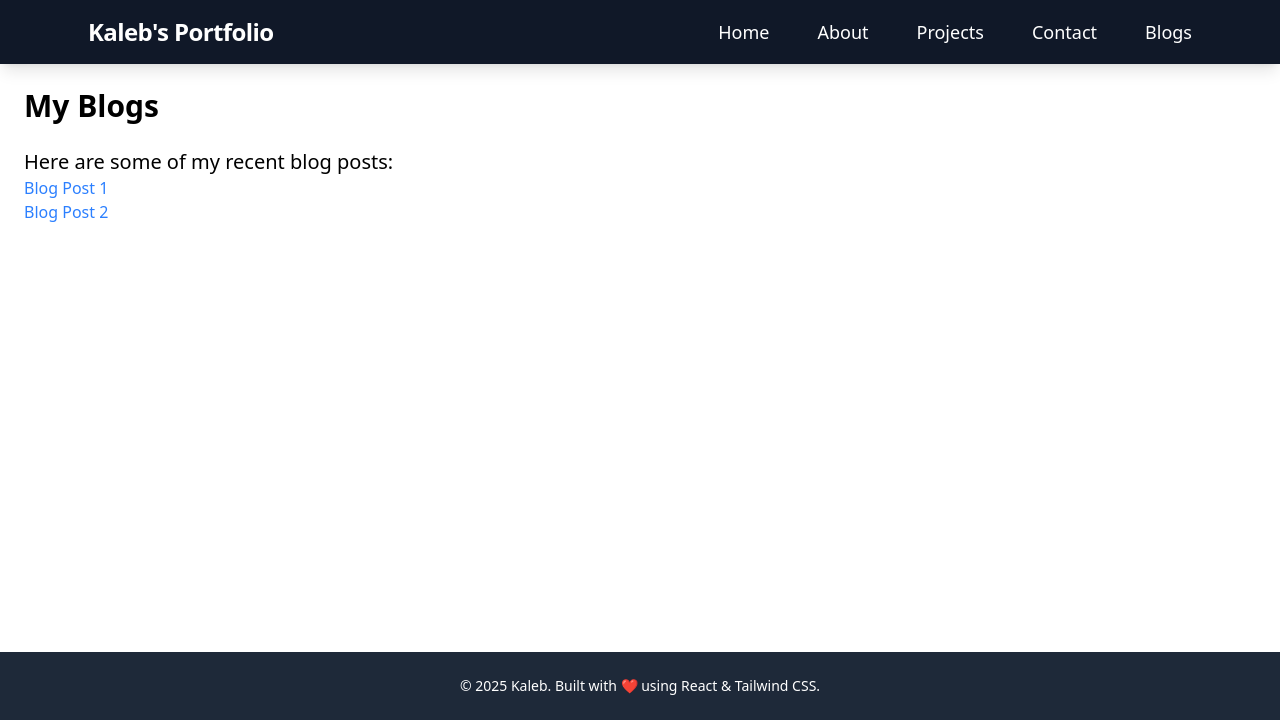
Repository: KalebMalone/portfolio-site
Page: /blogs
These files come from the project's save history. The page is drawn as it stood at one moment and after the next save; the edit follows.
The browser window is 1280 px wide. The pictures show the whole page.
The project was rebuilt for these pictures with package versions that can differ from the ones it lists, and the page was loaded fresh each time. Also part of the build but not shown: vite.config.js, src/pages/Home.jsx, src/pages/About.jsx, src/pages/Projects.jsx, src/pages/Contact.jsx.

Above is the page before, as saved 2025-04-23 17:23:10.

After the next save:
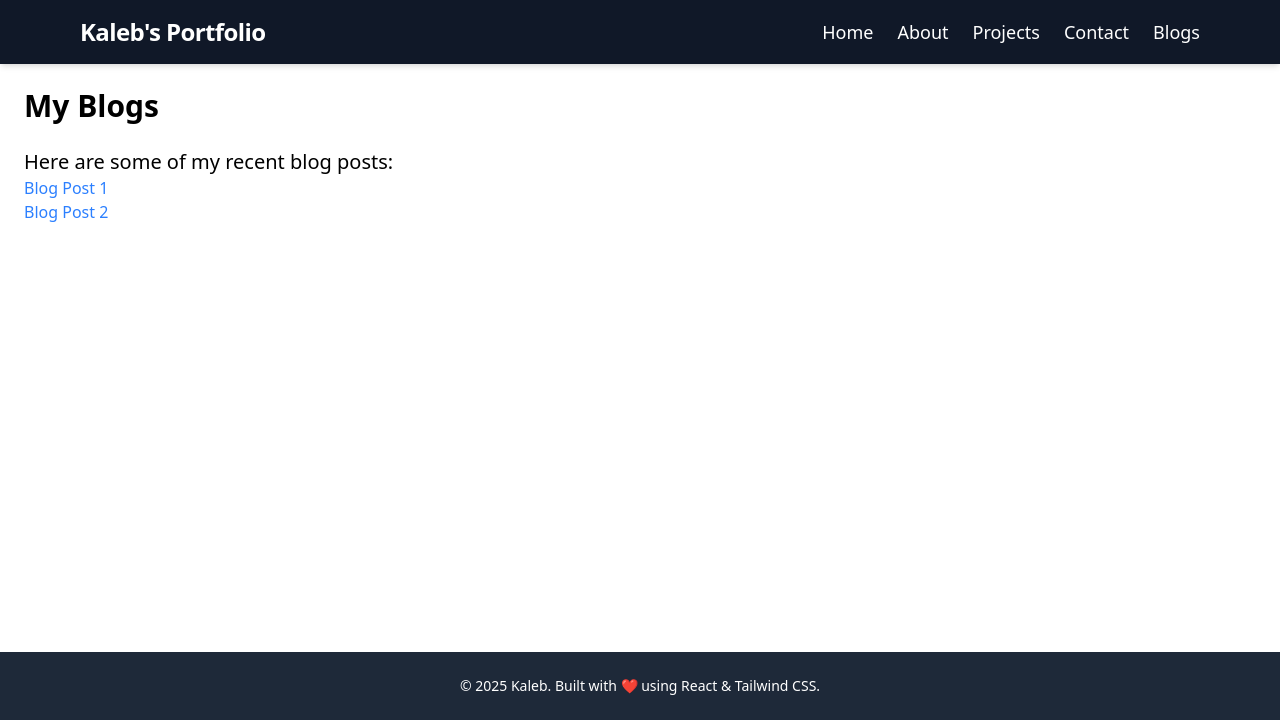
Saved 31 s later.
--- a/src/components/Header.jsx
+++ b/src/components/Header.jsx
@@ -2,13 +2,13 @@ import { Link } from 'react-router-dom';
 
 const Header = () => {
     return (
-        <header className="bg-gray-900 text-white shadow-lg py-4">
-            <nav className="max-w-6xl mx-auto flex justify-between items-center px-6">
+        <header className="bg-gray-900 text-white shadow-md py-4">
+            <nav className="max-w-6xl mx-auto flex justify-between items-center px-4">
                 {/* Logo/Brand Name */}
                 <h1 className="text-2xl font-bold tracking-tight">Kaleb's Portfolio</h1>
 
                 {/* Navigation Links */}
-                <ul className="flex space-x-12 text-lg"> {/* Increase space between the items */}
+                <ul className="flex space-x-6 text-lg"> {/* Reduced space between items */}
                     {['Home', 'About', 'Projects', 'Contact', 'Blogs'].map((page) => ( // Add Blogs here
                         <li key={page}>
                             <Link
